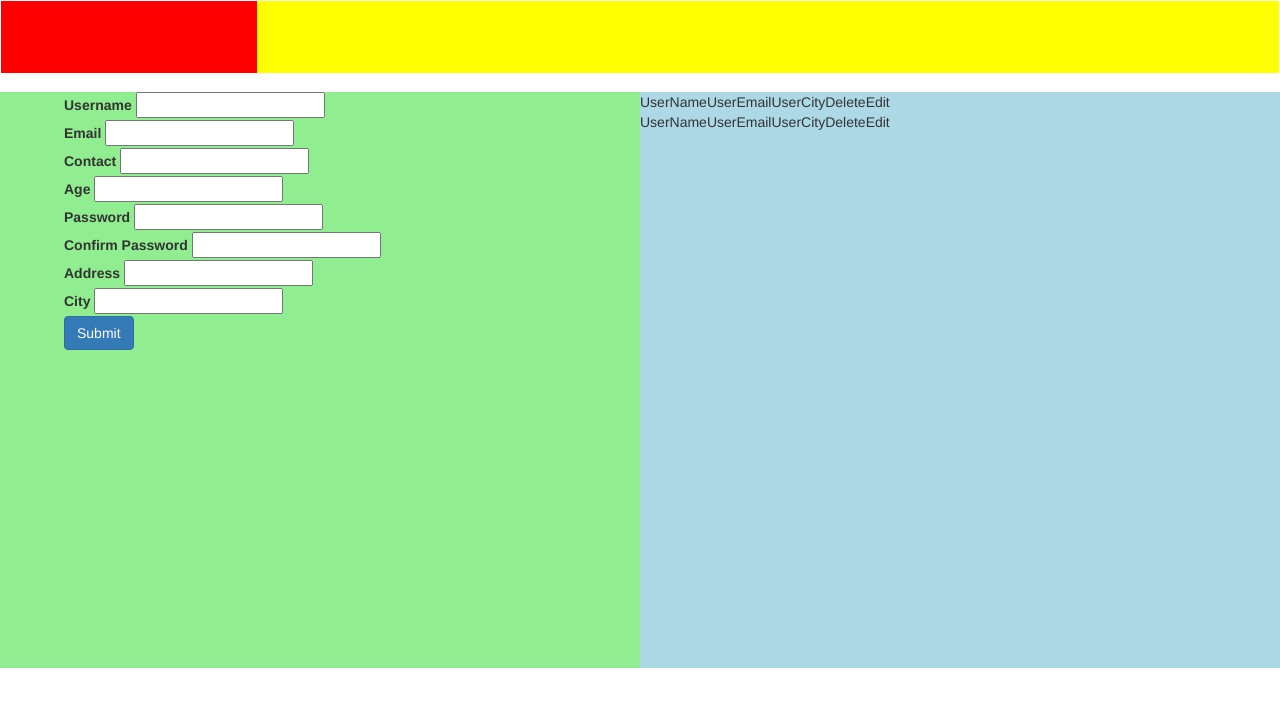
Repository: sonofvanu/crudoperations
Page: http://localhost/frontend/WEB-INF/my pages/register.jsp
An editor plug-in stored every save of this project. The page is shown before and after the next save, followed by the edit.
The browser window is 1280 px wide. The pictures show the whole page.
The page is served by Tomcat 9. Nobody is signed in. The template is opened directly, without the code that normally fills it, so the values that code supplies are empty.

Above is the page before, as saved 2018-03-11 09:04:51.

After the next save:
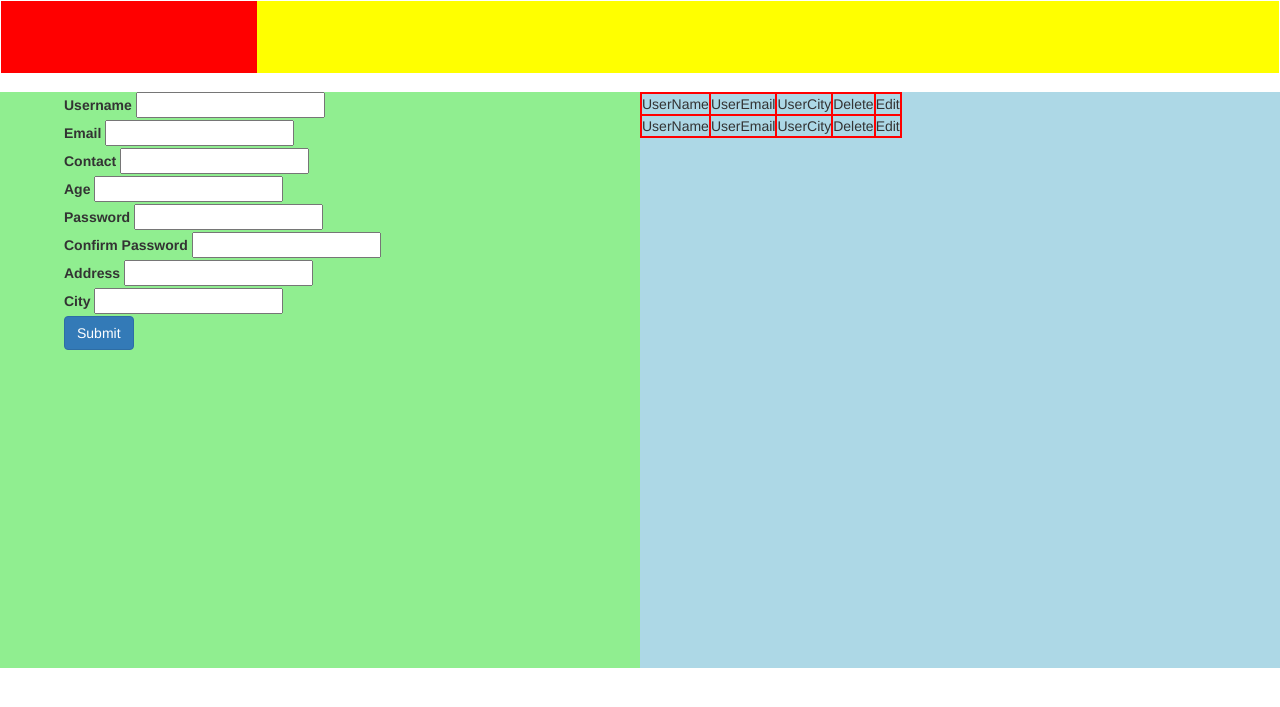
Saved 16 s later.
--- a/frontend/src/main/webapp/WEB-INF/my pages/register.jsp
+++ b/frontend/src/main/webapp/WEB-INF/my pages/register.jsp
@@ -54,6 +54,7 @@
   }
   table tbody tr td{
   border: 2px;border-width: 2px;border-color: red;
+  border-style: double;
   }
   </style>
 </head>
